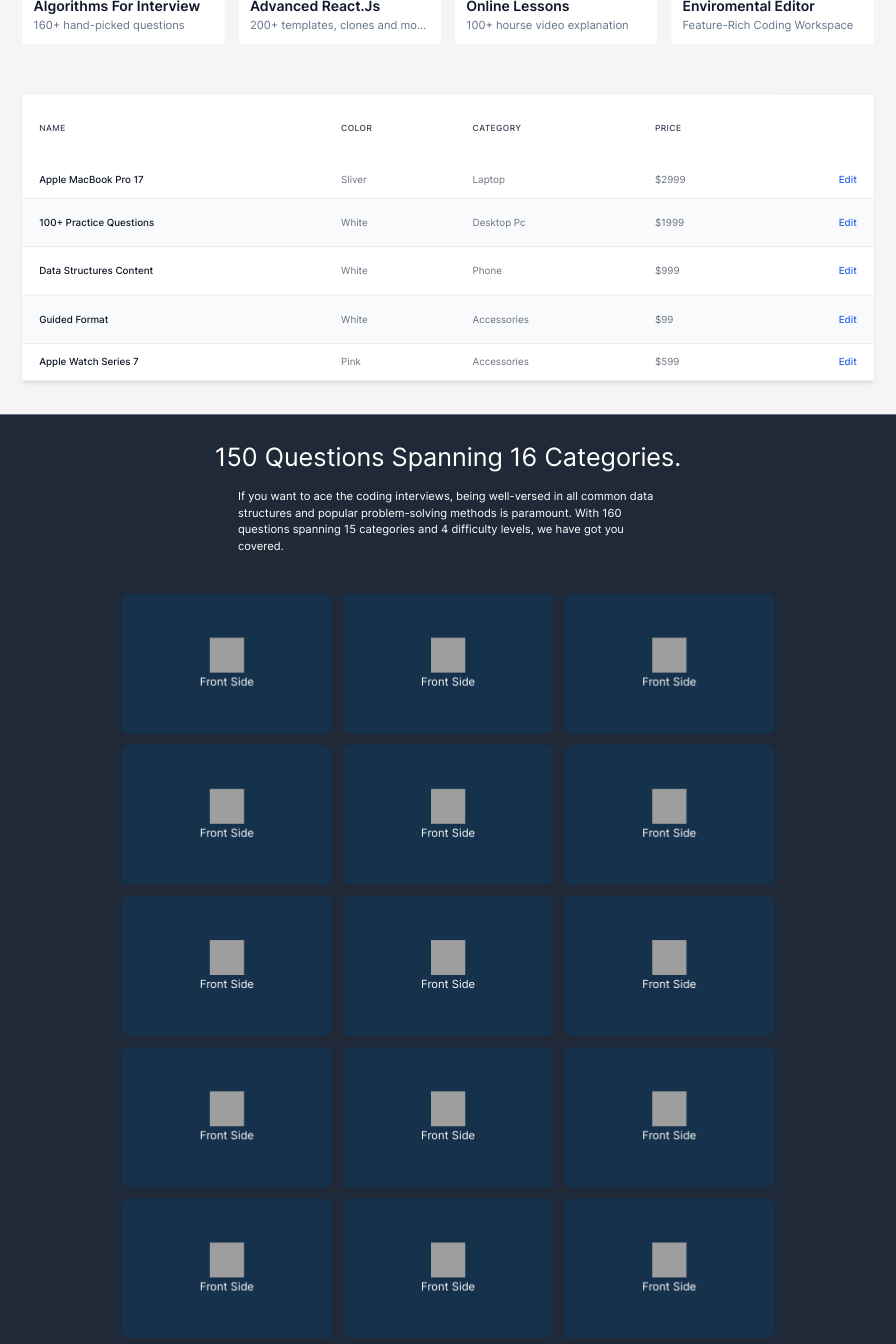
Repository: om1ars/Xjkey
Page: /
These files come from the project's save history. The page is drawn as it stood at one moment and after the next save; the edit follows.
The browser window is 1280 px wide. The pictures show the part of the page from y = 840 to 2760 px (the page is 3640 px tall before and 3656 px after), at 70% of full size.
Pictures or frames that could not be fetched are drawn as grey boxes. The project was rebuilt for these pictures with package versions that can differ from the ones it lists, and the page was loaded fresh each time. The framework's server and built-in components were replaced by stand-ins that run in the browser. Also part of the build but not shown: next.config.js.

Above is the page before, as saved 2022-03-19 01:44:15.

After the next save:
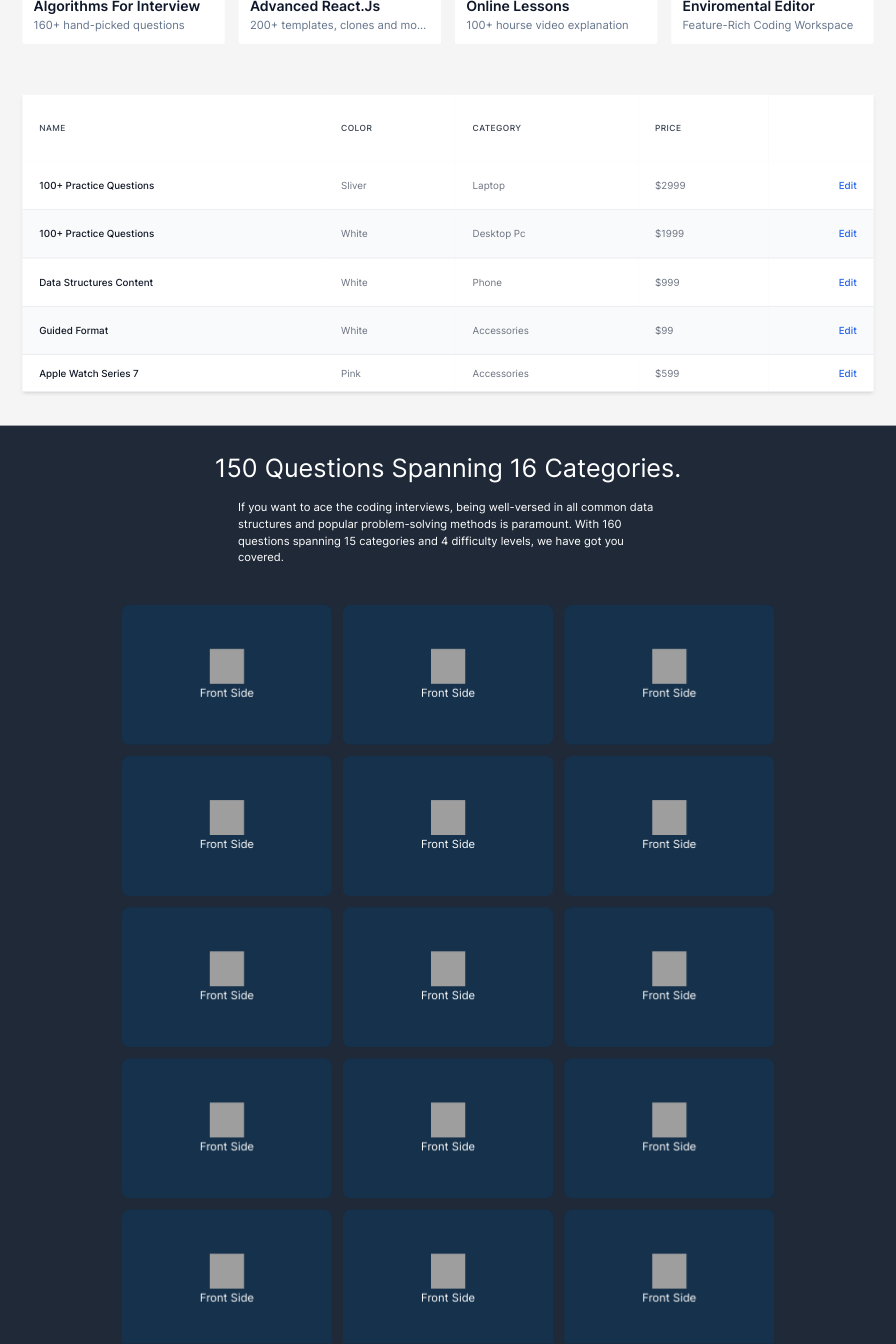
Saved 83 s later.
--- a/src/components/HomeComponents/CompareTable.tsx
+++ b/src/components/HomeComponents/CompareTable.tsx
@@ -42,8 +42,8 @@ export default function CompareTable() {
                 <tbody>
                   {/* Product 1 */}
                   <tr className="border-b odd:bg-white even:bg-gray-50 dark:border-gray-600 odd:dark:bg-gray-800 even:dark:bg-gray-700">
-                    <td className="whitespace-nowrap py-4 px-6 text-sm font-medium text-gray-900 dark:text-white">
-                      Apple MacBook Pro 17
+                  <td className="whitespace-nowrap py-4 px-6 pt-6 pb-6 text-sm font-medium text-gray-900 dark:text-white">
+                      100+ Practice Questions
                     </td>
                     <td className="whitespace-nowrap py-4 px-6 text-sm text-gray-500 dark:text-gray-400">
                       Sliver
